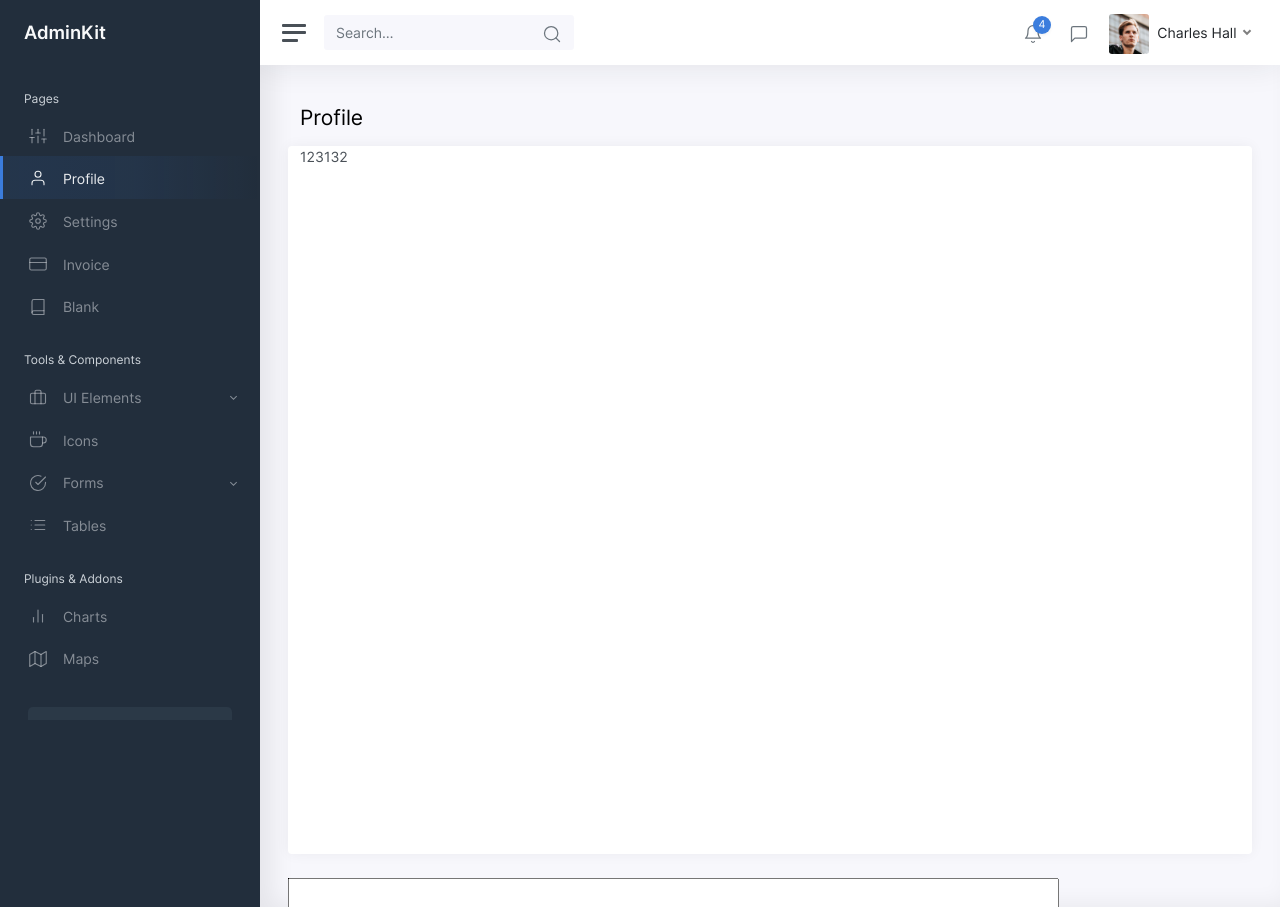
Repository: yuwei0922/WHURS-WGIS
Page: final_project/pages-profile.html
The author's editor kept a copy of each file at every save. The page is drawn from the files as they stood at one save, then again after the next save.
The browser window is 1280 px wide. The pictures show the whole page.

Above is the page before, as saved 2022-12-21 20:33:03.
Not found: final_project/js/vendor.js

After the next save:
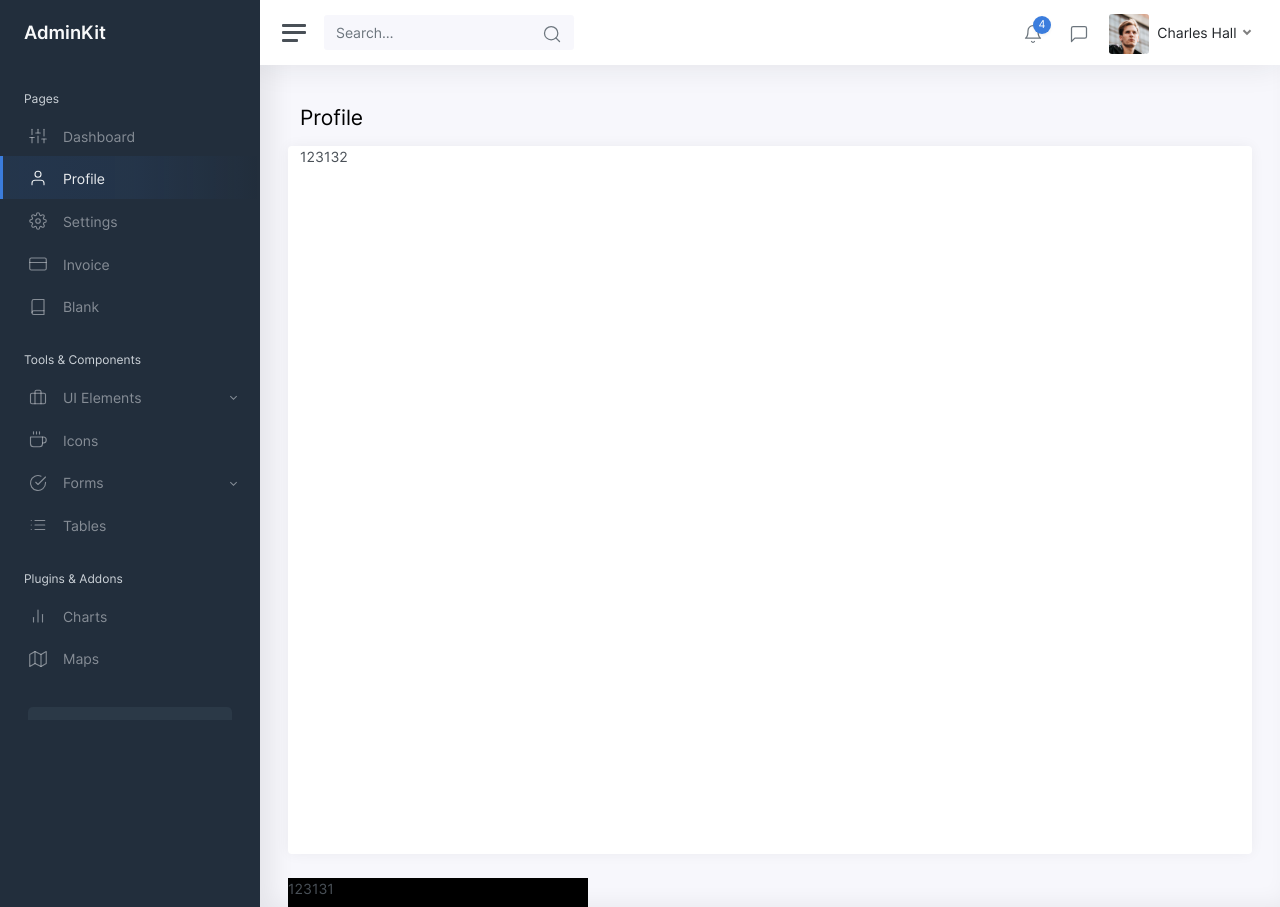
Saved 10 s later.
--- a/final_project/pages-profile.html
+++ b/final_project/pages-profile.html
@@ -305,7 +305,7 @@
 					<div class="row map-background">
 						<div class="card col-12 mapcontent">123132</div>
 						<div class="select-contronller">
-							<input type="text" placeholder="起点" name="ori" class="input-ori">
+
 							123131
 						</div>
 					</div>
